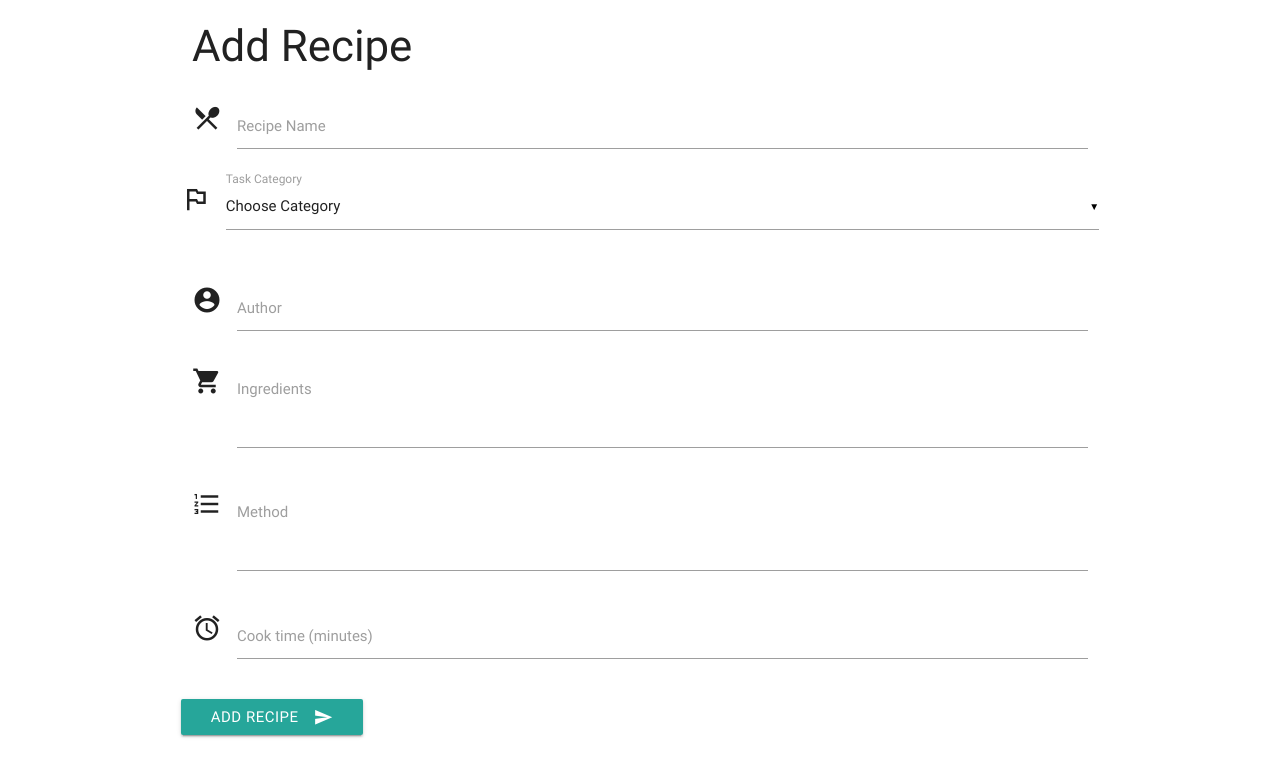
Repository: nakitamccool/francisillingworth-milestone-project-3
Page: http://localhost/add_recipe
The author's editor kept a record of every edit. The page is drawn from the files as they stood at one moment, then again after the next edit.
The browser window is 1280 px wide. The pictures show the whole page.
The page is served by the project's application, run on Flask 3 (app.py). Queries for data that is not in the repository find no rows.

Above is the page before.

After the next edit:
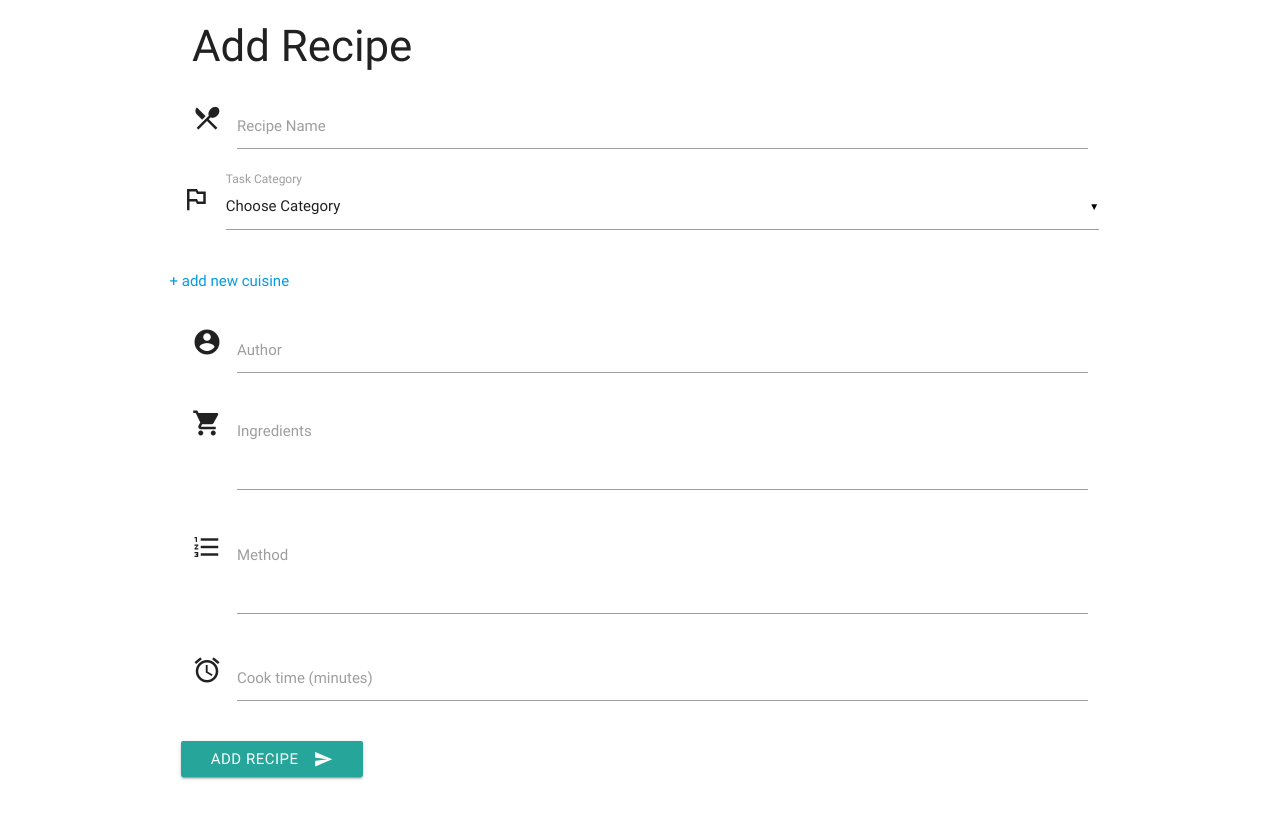
The edit:
--- a/templates/addrecipe.html
+++ b/templates/addrecipe.html
@@ -22,6 +22,9 @@
                 </select>
                     <label>Task Category</label>
                 </div>
+            </div>
+            <div class = "row">
+                <a class = "add_cuisine" href = "{{ url_for('add_cuisine') }}">+ add new cuisine</a>
             </div>
 
 
